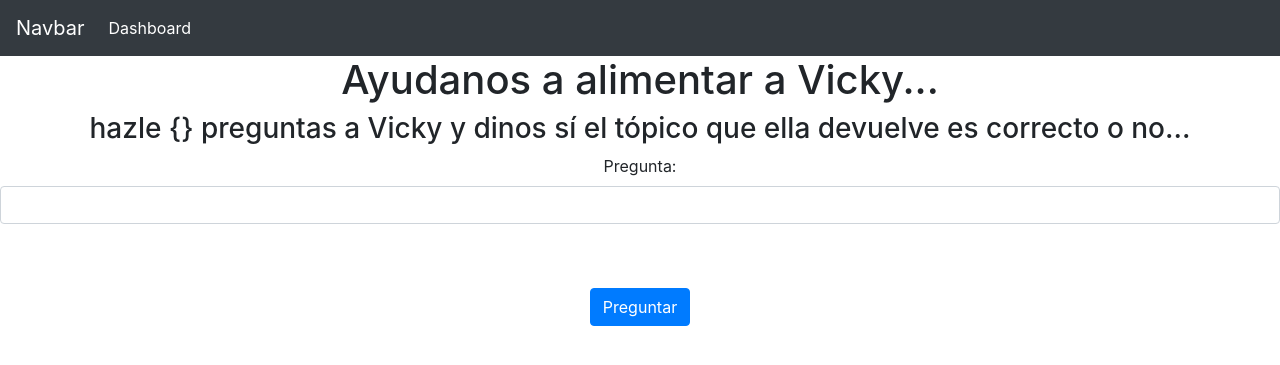
Repository: Crixtiancub/feedback_Vicky
Page: http://localhost/
The author's editor kept a copy of each file at every save. The page is drawn from the files as they stood at one save, then again after the next save.
The browser window is 1280 px wide. The pictures show the whole page.
The page is served by the project's application, run on Django 3.2 (manage.py). Other server files are loaded and not shown.

Above is the page before, as saved 2021-04-29 08:54:46.

### vicky/templates/dashboard.html
{% extends 'main.html' %}

{% block content %}

<center>
    <h1>Ayudanos a alimentar a Vicky...</h1>

    <h3>hazle {} preguntas a Vicky y dinos sí el tópico que ella
        devuelve es correcto o no...</h3>

    <form action="{% url 'home' %}">
        {% csrf_token%}

        <div class="form-group">
            <label for="txt_pregunta_Vicky">Pregunta:</label><br>

            <input type="text" id="txt_pregunta_Vicky"
            name="pregunta_Vicky" class="form-control"
            aria-placeholder="preguntale a Vicky..."><br><br>
        </div>

        <input type="submit" class="btn btn-primary" value="Preguntar">
    </form>

</center>

{% endblock %}

### vicky/templates/main.html
<!DOCTYPE html>
 <!-- Latest compiled and minified CSS -->
 <link rel="stylesheet" href="https://maxcdn.bootstrapcdn.com/bootstrap/4.5.2/css/bootstrap.min.css">

 <!-- jQuery library -->
 <script src="https://ajax.googleapis.com/ajax/libs/jquery/3.5.1/jquery.min.js"></script>

 <!-- Popper JS -->
 <script src="https://cdnjs.cloudflare.com/ajax/libs/popper.js/1.16.0/umd/popper.min.js"></script>

 <!-- Latest compiled JavaScript -->
 <script src="https://maxcdn.bootstrapcdn.com/bootstrap/4.5.2/js/bootstrap.min.js"></script>

<html>
    <head>
        <title>
            Prueba1
        </title>
    </head>
    <body>
        {% include 'navbar.html' %}

        {% block content %}

        {% endblock %}
    </body>
</html>

### vicky/templates/navbar.html
 <nav class="navbar navbar-expand-lg navbar-dark bg-dark">
    <a class="navbar-brand" href="#">Navbar</a>
    <button class="navbar-toggler" type="button" data-toggle="collapse" data-target="#navbarSupportedContent" aria-controls="navbarSupportedContent" aria-expanded="false" aria-label="Toggle navigation">
      <span class="navbar-toggler-icon"></span>
    </button>

    <div class="collapse navbar-collapse" id="navbarSupportedContent">
      <ul class="navbar-nav mr-auto">
        <li class="nav-item active">
          <a class="nav-link" href="{% url 'home' %}">Dashboard</a>
        </li>
        <!-- <li class="nav-item dropdown">
          <a class="nav-link dropdown-toggle" href="#" id="navbarDropdown" role="button" data-toggle="dropdown" aria-haspopup="true" aria-expanded="false">
            Dropdown
          </a>
          <div class="dropdown-menu" aria-labelledby="navbarDropdown">
            <a class="dropdown-item" href="#">Action</a>
            <a class="dropdown-item" href="#">Another action</a>
            <div class="dropdown-divider"></div>
            <a class="dropdown-item" href="#">Something else here</a>
          </div>
        </li>
        <li class="nav-item">
          <a class="nav-link disabled" href="#">Disabled</a>
        </li>
      </ul>
      <form class="form-inline my-2 my-lg-0">
        <input class="form-control mr-sm-2" type="search" placeholder="Search" aria-label="Search">
        <button class="btn btn-outline-success my-2 my-sm-0" type="submit">Search</button>
      </form> -->
    </div>
  </nav>

### vicky/views.py
from django.shortcuts import render


from vicky import templates
# Create your views here.


def home(request):
    return render(request, 'dashboard.html')

### prueba_Vicky/urls.py
"""prueba_Vicky URL Configuration

The `urlpatterns` list routes URLs to views. For more information please see:
    https://docs.djangoproject.com/en/3.2/topics/http/urls/
Examples:
Function views
    1. Add an import:  from my_app import views
    2. Add a URL to urlpatterns:  path('', views.home, name='home')
Class-based views
    1. Add an import:  from other_app.views import Home
    2. Add a URL to urlpatterns:  path('', Home.as_view(), name='home')
Including another URLconf
    1. Import the include() function: from django.urls import include, path
    2. Add a URL to urlpatterns:  path('blog/', include('blog.urls'))
"""
from django.contrib import admin
from django.urls import path, include

urlpatterns = [
    path('admin/', admin.site.urls),
    path('', include('vicky.urls'))
]

### vicky/urls.py
from django.urls import path
from . import views
from django.conf.urls import url


# Direccionamiento de las paginas
urlpatterns = [
    path(r'', views.home, name="home"),
]

After the next save:
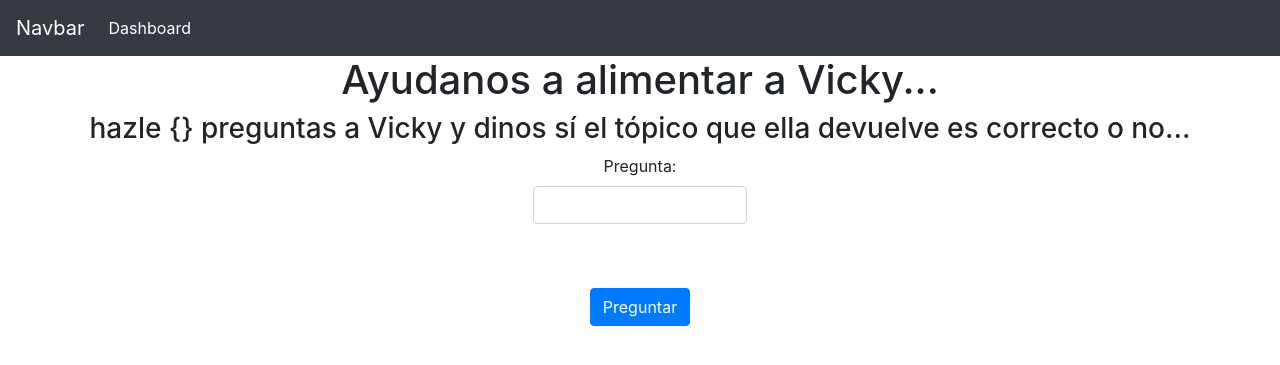
Saved 109 s later.
--- a/vicky/templates/dashboard.html
+++ b/vicky/templates/dashboard.html
@@ -15,7 +15,7 @@
             <label for="txt_pregunta_Vicky">Pregunta:</label><br>
 
             <input type="text" id="txt_pregunta_Vicky"
-            name="pregunta_Vicky" class="form-control"
+            name="pregunta_Vicky" class="col-sm-2 form-control"
             aria-placeholder="preguntale a Vicky..."><br><br>
         </div>
 
